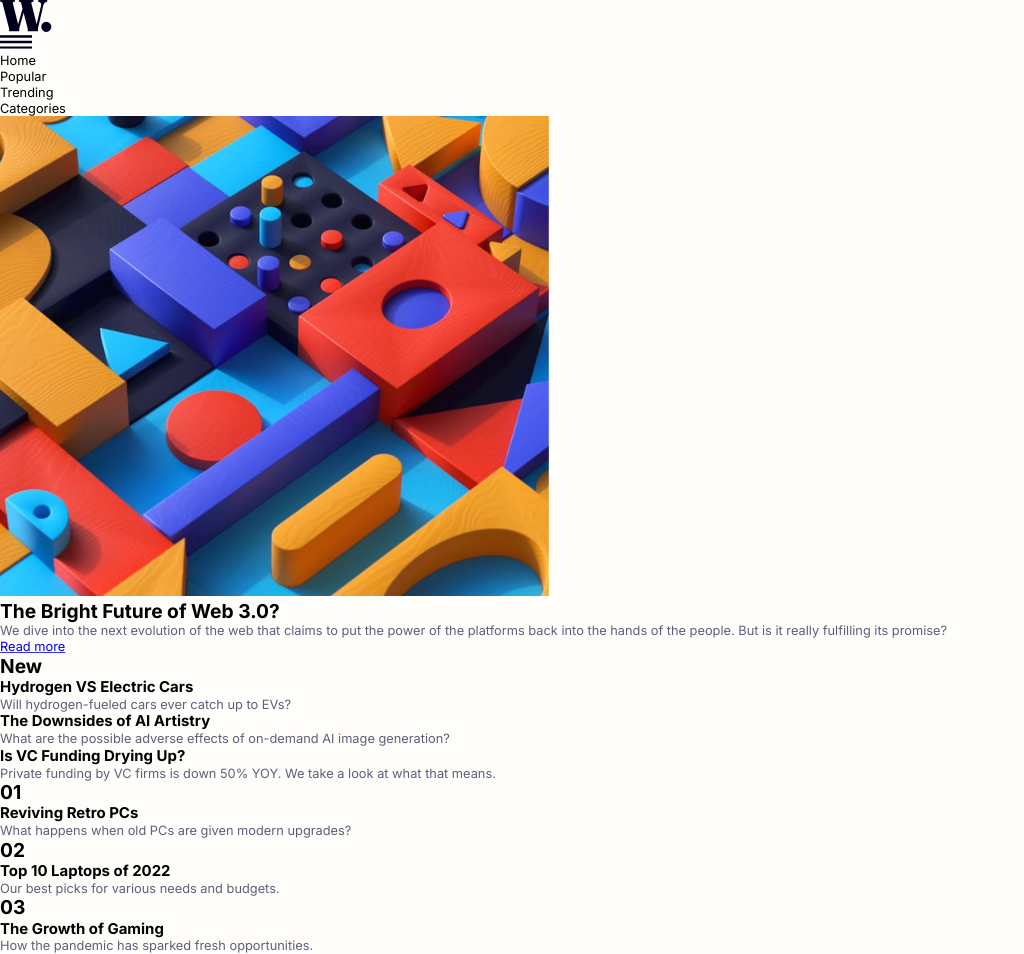
Repository: Arkitecth/news-webpage
Page: index.html
An editor plug-in stored every save of this project. The page is shown before and after the next save, followed by the edit.
The browser window is 1280 px wide. The pictures show the whole page, at 80% of full size.

Above is the page before, as saved 2023-06-07 18:05:29.

After the next save:
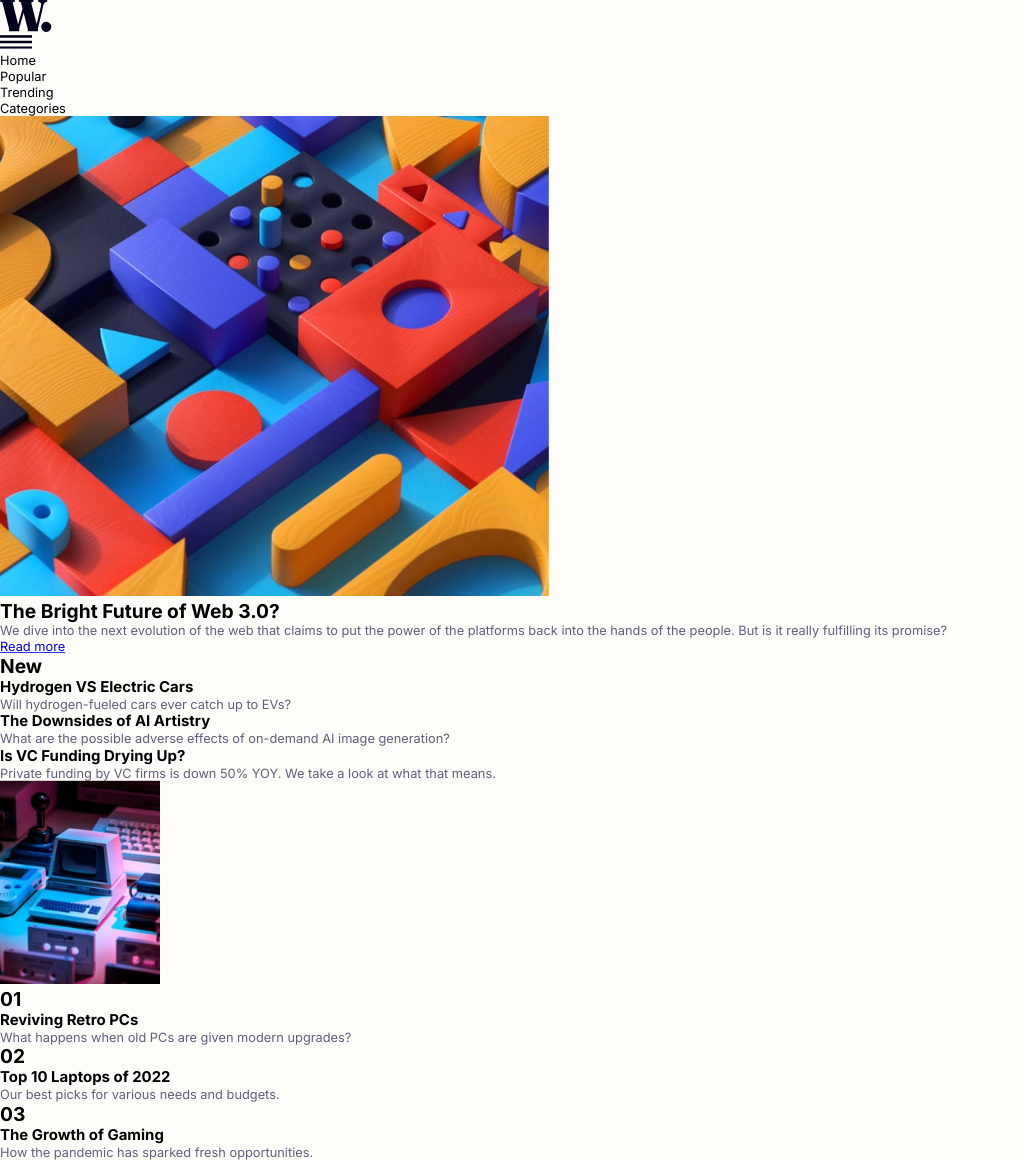
Saved 18 s later.
--- a/index.html
+++ b/index.html
@@ -49,7 +49,7 @@
 
   <section>
     <article>
-
+      <img src="assets/images/image-retro-pcs.jpg" alt="">
       <h2>01 </h2>
       <h3>Reviving Retro PCs</h3>
       <p>What happens when old PCs are given modern upgrades?</p>
